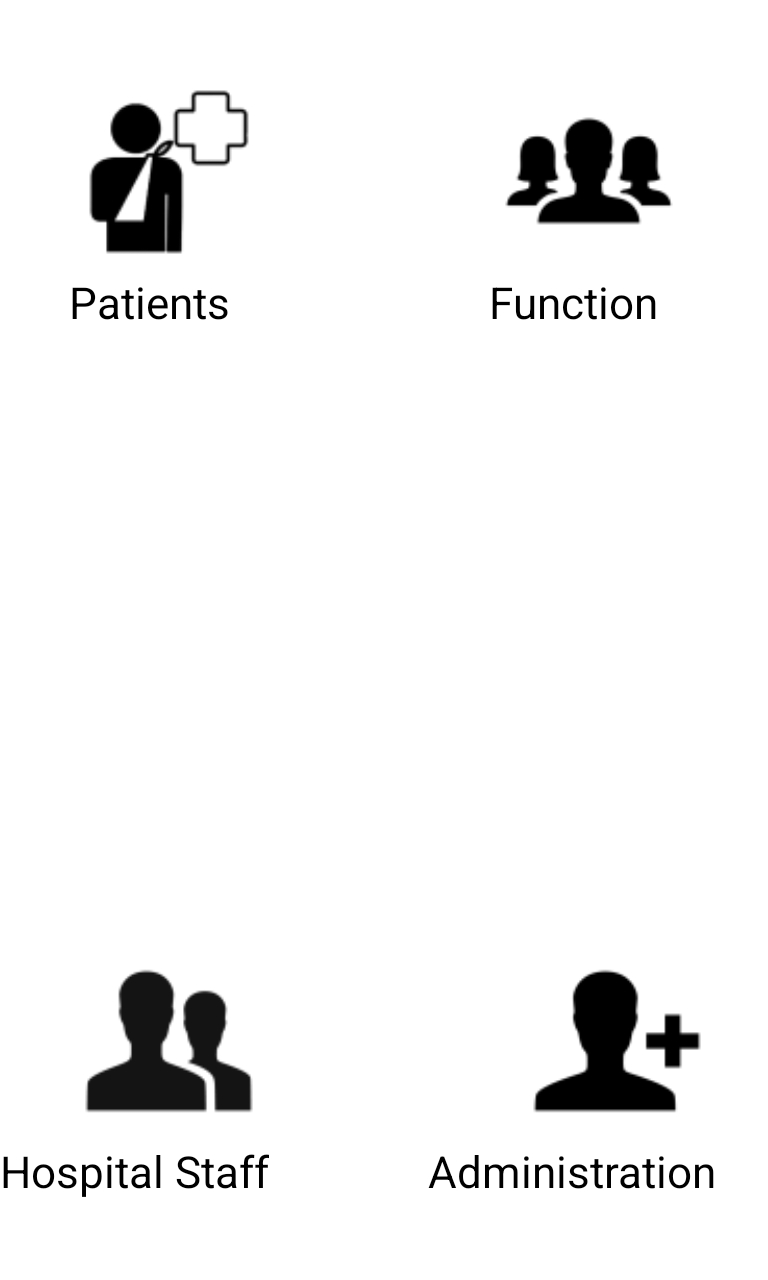
Repository: erwasambo/greendevelopment
Layout: GreenDevelopment/NASCuisine/res/layout/dashboard.xml
The author's editor kept a copy of each file at every save. The layout is drawn from the files as they stood at one save, then again after the next save.
It is drawn on a 768 x 1280 px phone screen (xhdpi) without system bars, with theme AppTheme; the app's code is not run.

Above is the layout before, as saved 2013-12-04 12:47:20.

After the next save:
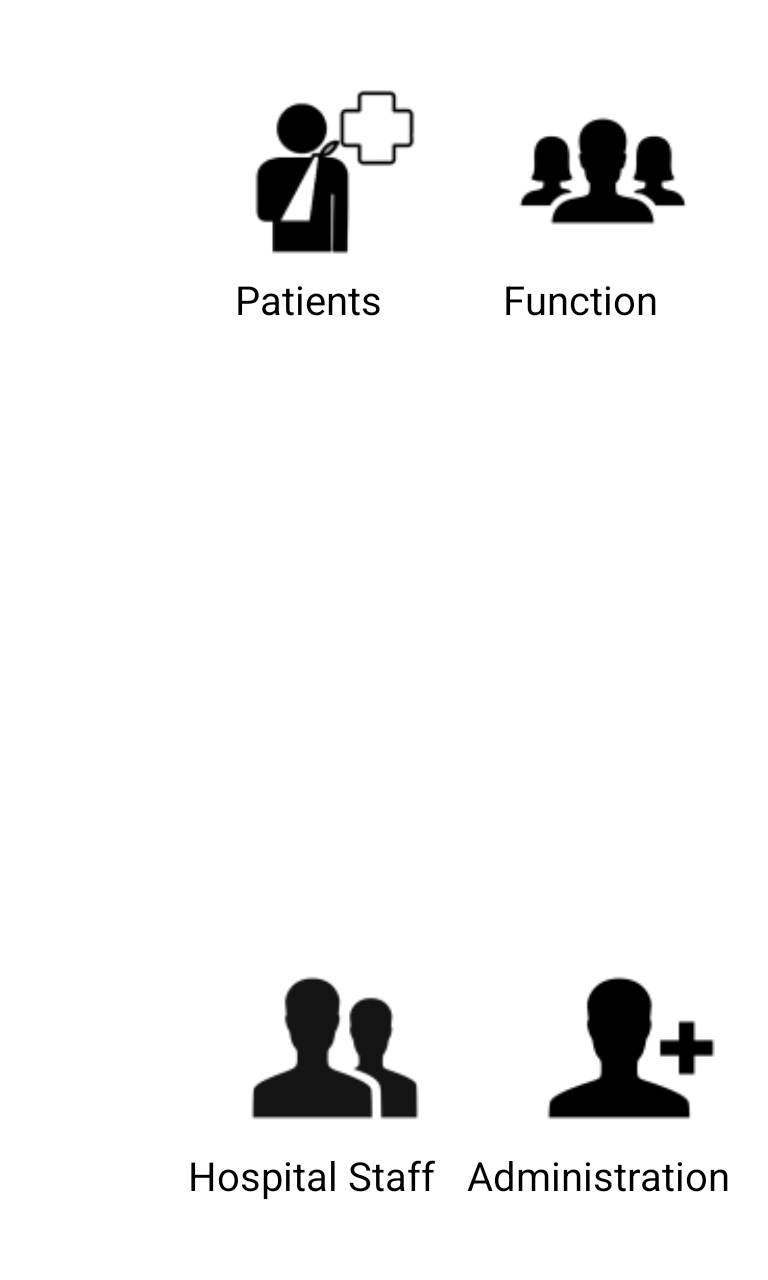
Saved 80 s later.
--- a/GreenDevelopment/NASCuisine/res/layout/dashboard.xml
+++ b/GreenDevelopment/NASCuisine/res/layout/dashboard.xml
@@ -12,6 +12,7 @@
         android:layout_alignParentRight="true"
         android:layout_marginRight="55dp"
         android:text="@string/func"
+        android:textSize="20dp"
         android:textAppearance="?android:attr/textAppearanceLarge" />
 
     <ImageView
@@ -21,16 +22,6 @@
         android:layout_alignLeft="@+id/textView2"
         android:layout_alignTop="@+id/imgadmin"
         android:src="@drawable/staff" />
-
-    <TextView
-        android:id="@+id/TextView01"
-        android:layout_width="wrap_content"
-        android:layout_height="wrap_content"
-        android:layout_alignParentBottom="true"
-        android:layout_alignParentLeft="true"
-        android:layout_marginBottom="40dp"
-        android:text="@string/hospstaff"
-        android:textAppearance="?android:attr/textAppearanceLarge" />
 
     <ImageView
         android:id="@+id/imgpatients"
@@ -56,6 +47,7 @@
         android:layout_alignLeft="@+id/imgpatients"
         android:layout_below="@+id/imgpatients"
         android:text="@string/patients"
+        android:textSize="20dp"
         android:textAppearance="?android:attr/textAppearanceLarge" />
 
     <ImageView
@@ -75,6 +67,19 @@
         android:layout_alignBottom="@+id/TextView01"
         android:layout_alignRight="@+id/imgadmin"
         android:text="@string/administration"
+        android:textSize="20dp"
         android:textAppearance="?android:attr/textAppearanceLarge" />
 
+    <TextView
+        android:id="@+id/TextView01"
+        android:layout_width="wrap_content"
+        android:layout_height="wrap_content"
+        android:layout_alignParentBottom="true"
+        android:layout_marginBottom="39dp"
+        android:layout_marginRight="16dp"
+        android:layout_toLeftOf="@+id/TextView02"
+        android:text="@string/hospstaff"
+        android:textAppearance="?android:attr/textAppearanceLarge"
+        android:textSize="20dp" />
+
 </RelativeLayout>
